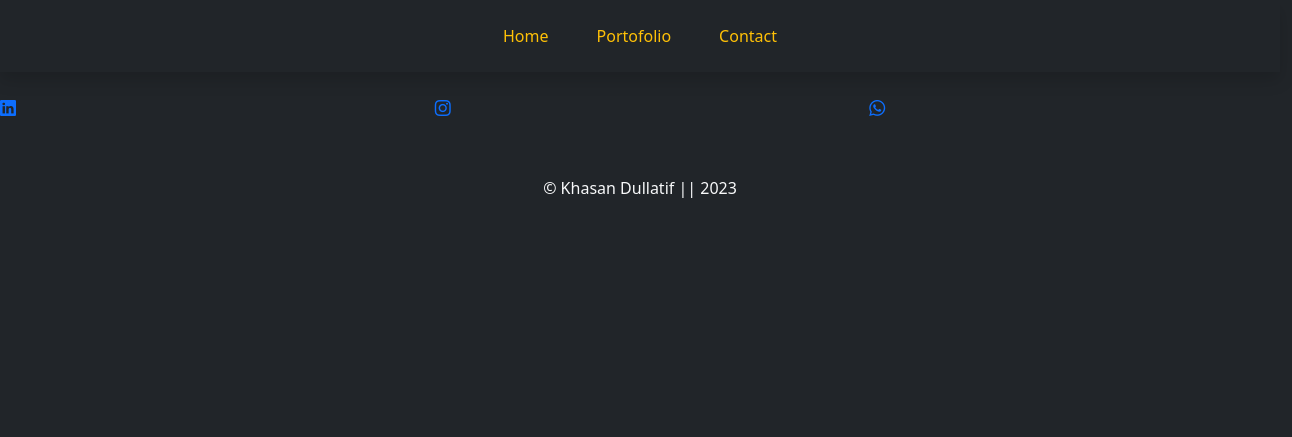
Repository: AHSANS354/Tugas-MSIB-5-GitHub
Page: tugas/tugas bootsrap/contact.html
These files come from the project's save history. The page is drawn as it stood at one moment and after the next save; the edit follows.
The browser window is 1280 px wide. The page is 1292 px wide, then 1280 px, so the pictures cover 1292 px, including what lies to the right of the window. The pictures show the whole page.

Above is the page before, as saved 2023-09-19 21:00:09.

### tugas/tugas bootsrap/contact.html
<!DOCTYPE html>
<html lang="en">
  <head>
    <meta charset="utf-8" />
    <meta name="viewport" content="width=device-width, initial-scale=1" />
    <title>Bootstrap demo</title>
    <link href="https://cdn.jsdelivr.net/npm/bootstrap@5.3.2/dist/css/bootstrap.min.css" rel="stylesheet" integrity="sha384-T3c6CoIi6uLrA9TneNEoa7RxnatzjcDSCmG1MXxSR1GAsXEV/Dwwykc2MPK8M2HN" crossorigin="anonymous" />
    <link rel="stylesheet" href="https://cdn.jsdelivr.net/npm/bootstrap-icons@1.11.1/font/bootstrap-icons.css" />
    <style>
      .content {
        display: flex;
        flex-direction: column;
      }
    </style>
  </head>
  <body class="bg-dark">
    <div class="home">
      <div class="row">
        <ul class="nav fixed-top justify-content-center bg-dark p-3 gap-3 shadow">
          <li class="nav-item">
            <a class="nav-link text-warning" href="home.html">Home</a>
          </li>
          <li class="nav-item">
            <a class="nav-link text-warning" href="portofolio.html">Portofolio</a>
          </li>
          <li class="nav-item">
            <a class="nav-link text-warning" href="contact.html">Contact</a>
          </li>
        </ul>
      </div>
      <div class="content">
        <div class="row mt-5 pt-5">
          <div class="col">
            <a href=""><i class="bi bi-linkedin"></i></a>
          </div>
          <div class="col">
            <a href=""><i class="bi bi-instagram"></i></a>
          </div>
          <div class="col">
            <a href=""><i class="bi bi-whatsapp"></i></a>
          </div>
        </div>
      </div>
      <footer class="footer text-light text-center mt-5 p-2">&copy; Khasan Dullatif || 2023</footer>
    </div>
    <script src="https://cdn.jsdelivr.net/npm/bootstrap@5.3.2/dist/js/bootstrap.bundle.min.js" integrity="sha384-C6RzsynM9kWDrMNeT87bh95OGNyZPhcTNXj1NW7RuBCsyN/o0jlpcV8Qyq46cDfL" crossorigin="anonymous"></script>
  </body>
</html>

After the next save:
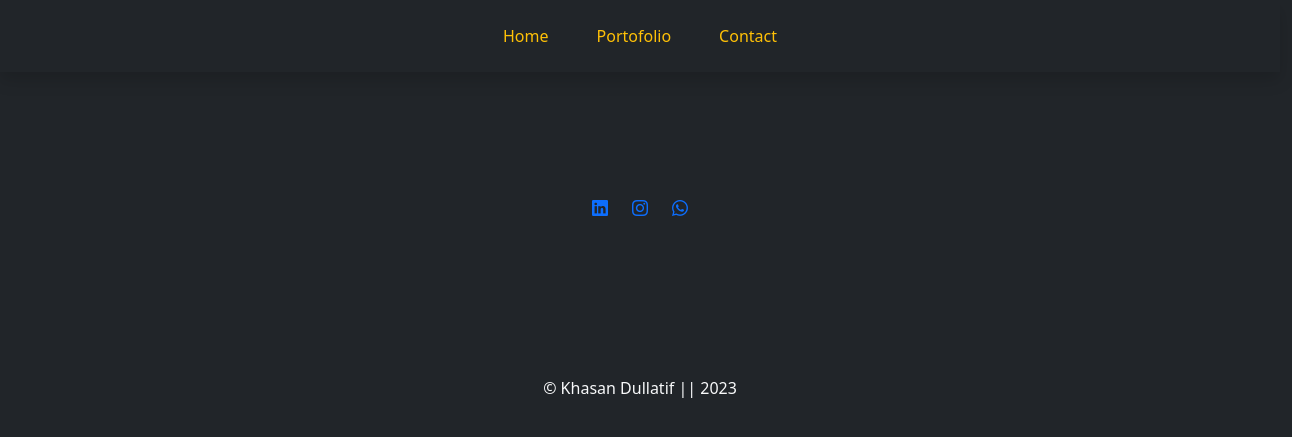
Saved 33 s later.
--- a/tugas/tugas bootsrap/contact.html
+++ b/tugas/tugas bootsrap/contact.html
@@ -9,7 +9,9 @@
     <style>
       .content {
         display: flex;
-        flex-direction: column;
+        justify-content: center;
+        align-items: center;
+        height: 20rem;
       }
     </style>
   </head>
